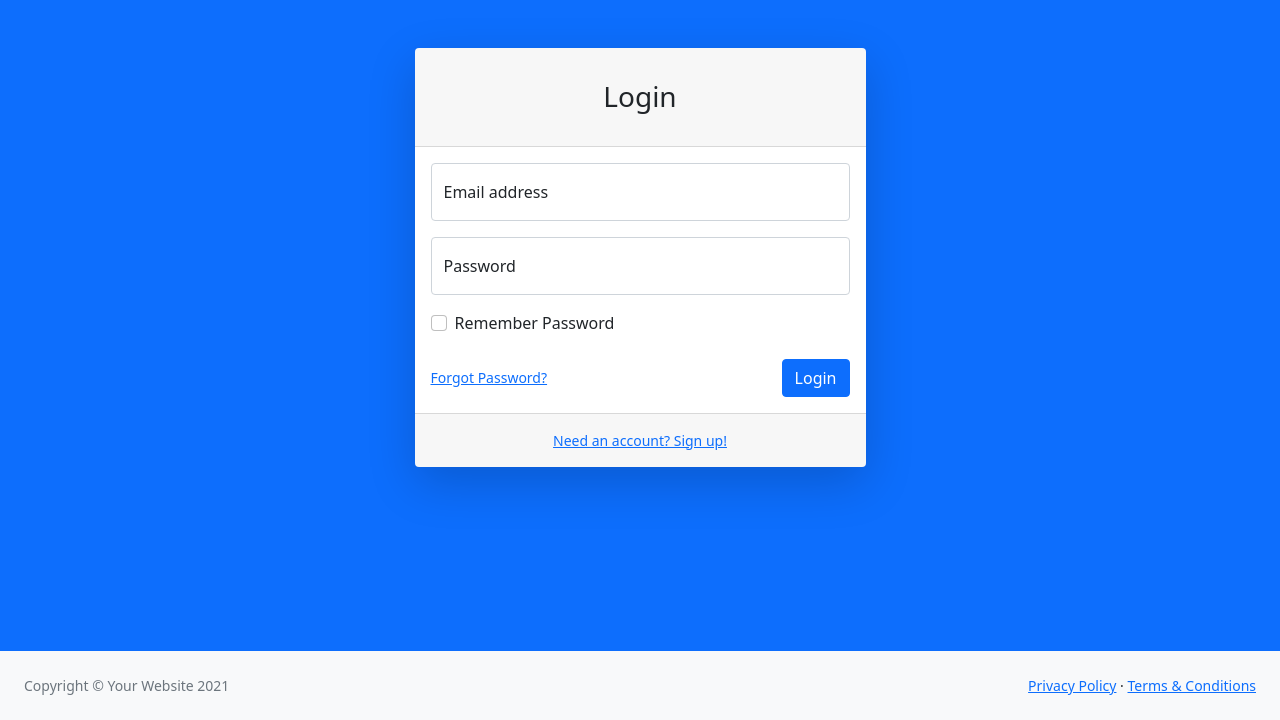
Repository: changyunLee/practice_01
Page: http://localhost/board0513/WEB-INF/views/login.jsp
An editor plug-in stored every save of this project. The page is shown before and after the next save, followed by the edit.
The browser window is 1280 px wide. The pictures show the whole page.
The page is served by Tomcat 9. Nobody is signed in. Other server files are loaded and not shown. The template is opened directly, without the code that normally fills it, so the values that code supplies are empty.

Above is the page before, as saved 2021-10-01 02:54:26.

### SpringMVC_WORK/board0513/src/main/webapp/WEB-INF/views/login.jsp
<%@ page language="java" contentType="text/html; charset=UTF-8"
	pageEncoding="UTF-8"%>

<!DOCTYPE html>
<html lang="en">
<head>
<meta charset="utf-8" />
<meta http-equiv="X-UA-Compatible" content="IE=edge" />
<meta name="viewport"
	content="width=device-width, initial-scale=1, shrink-to-fit=no" />
<meta name="description" content="" />
<meta name="author" content="" />
<title>Login - SB Admin</title>
<link href="/resources/css/styles.css" rel="stylesheet" />
<script
	src="https://cdnjs.cloudflare.com/ajax/libs/font-awesome/5.15.3/js/all.min.js"
	crossorigin="anonymous"></script>

<script type="text/javascript"  src="https://code.jquery.com/jquery-3.6.0.min.js"></script>
<script type="text/javascript">
	function login() {
		$.ajax({
			url : "loginj.do",
			method : "POST",
			data : $("#login").serialize(),
			dataType : "JSON",
			success : function(result) {
				var vo = result.result;
				// msg 가없으면 오류가 없음 즉 로그인 성공
				if (vo.msg != null) {
					alert(vo.msg);
				} else {
					console.log(result);
					alert("안녕하세요 회원님");
					location.href = "home.do";
				}
			}
		});
	}
</script>
</head>
<body class="bg-primary">
	<div id="layoutAuthentication">
		<div id="layoutAuthentication_content">
			<main>
				<div class="container">
					<div class="row justify-content-center">
						<div class="col-lg-5">
							<div class="card shadow-lg border-0 rounded-lg mt-5">
								<div class="card-header">
									<h3 class="text-center font-weight-light my-4">Login</h3>
								</div>
								<div class="card-body">
									<form id="login">
										<div class="form-floating mb-3">
											<input class="form-control" id="inputEmail" type="email"
												placeholder="name@example.com" /> <label for="inputEmail">Email
												address</label>
										</div>
										<div class="form-floating mb-3">
											<input class="form-control" id="inputPassword"
												type="password" placeholder="Password" /> <label
												for="inputPassword">Password</label>
										</div>
										<div class="form-check mb-3">
											<input class="form-check-input" id="inputRememberPassword"
												type="checkbox" value="" /> <label class="form-check-label"
												for="inputRememberPassword">Remember Password</label>
										</div>
										<div
											class="d-flex align-items-center justify-content-between mt-4 mb-0">
											<a class="small" href="password.html">Forgot Password?</a> <a
												class="btn btn-primary" href="index.html">Login</a>
										</div>
									</form>
								</div>
								<div class="card-footer text-center py-3">
									<div class="small">
										<a href="register.html">Need an account? Sign up!</a>
									</div>
								</div>
							</div>
						</div>
					</div>
				</div>
			</main>
		</div>
		<div id="layoutAuthentication_footer">
			<footer class="py-4 bg-light mt-auto">
				<div class="container-fluid px-4">
					<div
						class="d-flex align-items-center justify-content-between small">
						<div class="text-muted">Copyright &copy; Your Website 2021</div>
						<div>
							<a href="#">Privacy Policy</a> &middot; <a href="#">Terms
								&amp; Conditions</a>
						</div>
					</div>
				</div>
			</footer>
		</div>
	</div>
	<script
		src="https://cdn.jsdelivr.net/npm/bootstrap@5.1.0/dist/js/bootstrap.bundle.min.js"
		crossorigin="anonymous"></script>
	<script src="js/scripts.js"></script>
</body>
</html>

### SpringMVC_WORK/board0513/src/main/webapp/resources/js/scripts.js
/*!
    * Start Bootstrap - SB Admin v7.0.3 (https://startbootstrap.com/template/sb-admin)
    * Copyright 2013-2021 Start Bootstrap
    * Licensed under MIT (https://github.com/StartBootstrap/startbootstrap-sb-admin/blob/master/LICENSE)
    */
    //
// Scripts
//

window.addEventListener('DOMContentLoaded', event => {

    // Toggle the side navigation
    const sidebarToggle = document.body.querySelector('#sidebarToggle');
    if (sidebarToggle) {
        // Uncomment Below to persist sidebar toggle between refreshes
        // if (localStorage.getItem('sb|sidebar-toggle') === 'true') {
        //     document.body.classList.toggle('sb-sidenav-toggled');
        // }
        sidebarToggle.addEventListener('click', event => {
            event.preventDefault();
            document.body.classList.toggle('sb-sidenav-toggled');
            localStorage.setItem('sb|sidebar-toggle', document.body.classList.contains('sb-sidenav-toggled'));
        });
    }

});

Loaded but not shown: SpringMVC_WORK/board0513/src/main/webapp/resources/css/styles.css (library)

After the next save:
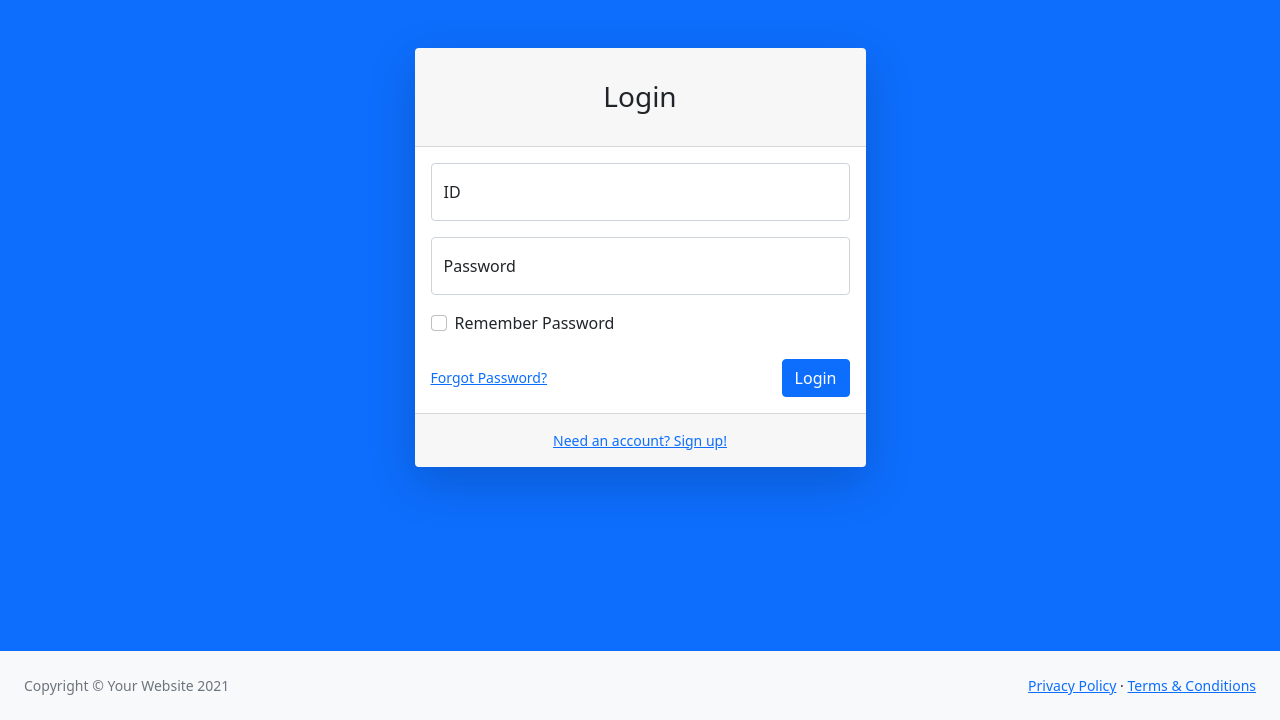
Saved 69 s later.
--- a/SpringMVC_WORK/board0513/src/main/webapp/WEB-INF/views/login.jsp
+++ b/SpringMVC_WORK/board0513/src/main/webapp/WEB-INF/views/login.jsp
@@ -53,9 +53,8 @@
 								<div class="card-body">
 									<form id="login">
 										<div class="form-floating mb-3">
-											<input class="form-control" id="inputEmail" type="email"
-												placeholder="name@example.com" /> <label for="inputEmail">Email
-												address</label>
+											<input class="form-control" id="inputEmail" type="text" name="userid"
+												placeholder="name@example.com" /> <label for="inputEmail">ID </label>
 										</div>
 										<div class="form-floating mb-3">
 											<input class="form-control" id="inputPassword"
